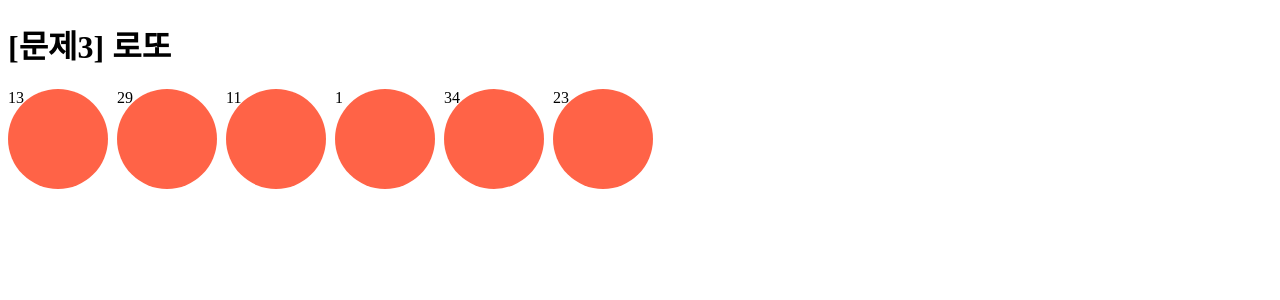
Repository: ssummini/Web
Page: JavaScript/src/main/webapp/practice/practice05-1.html
The author's editor kept a copy of each file at every save. The page is drawn from the files as they stood at one save, then again after the next save.
The browser window is 1280 px wide. The pictures show the whole page.

Above is the page before, as saved 2024-08-21 09:20:18.

After the next save:
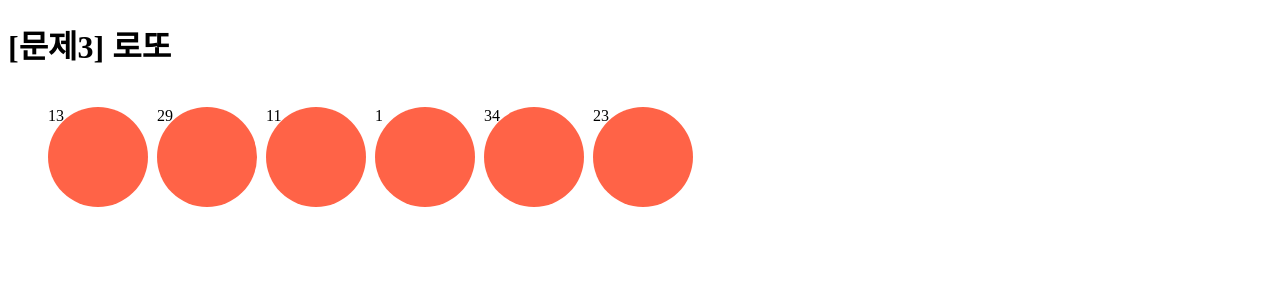
Saved 7 s later.
--- a/JavaScript/src/main/webapp/practice/practice05-1.html
+++ b/JavaScript/src/main/webapp/practice/practice05-1.html
@@ -12,6 +12,8 @@
 	background-color: tomato;
 	position: relative;
 	margin-right: 5px;
+	left: 40px;
+	top: 18px;
 }
 
 h3 {

After the save that followed:
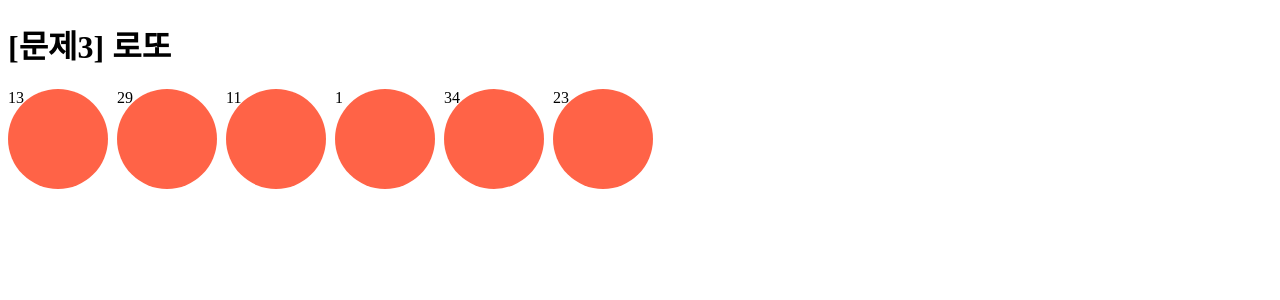
Saved 6 s later.
--- a/JavaScript/src/main/webapp/practice/practice05-1.html
+++ b/JavaScript/src/main/webapp/practice/practice05-1.html
@@ -12,8 +12,6 @@
 	background-color: tomato;
 	position: relative;
 	margin-right: 5px;
-	left: 40px;
-	top: 18px;
 }
 
 h3 {
